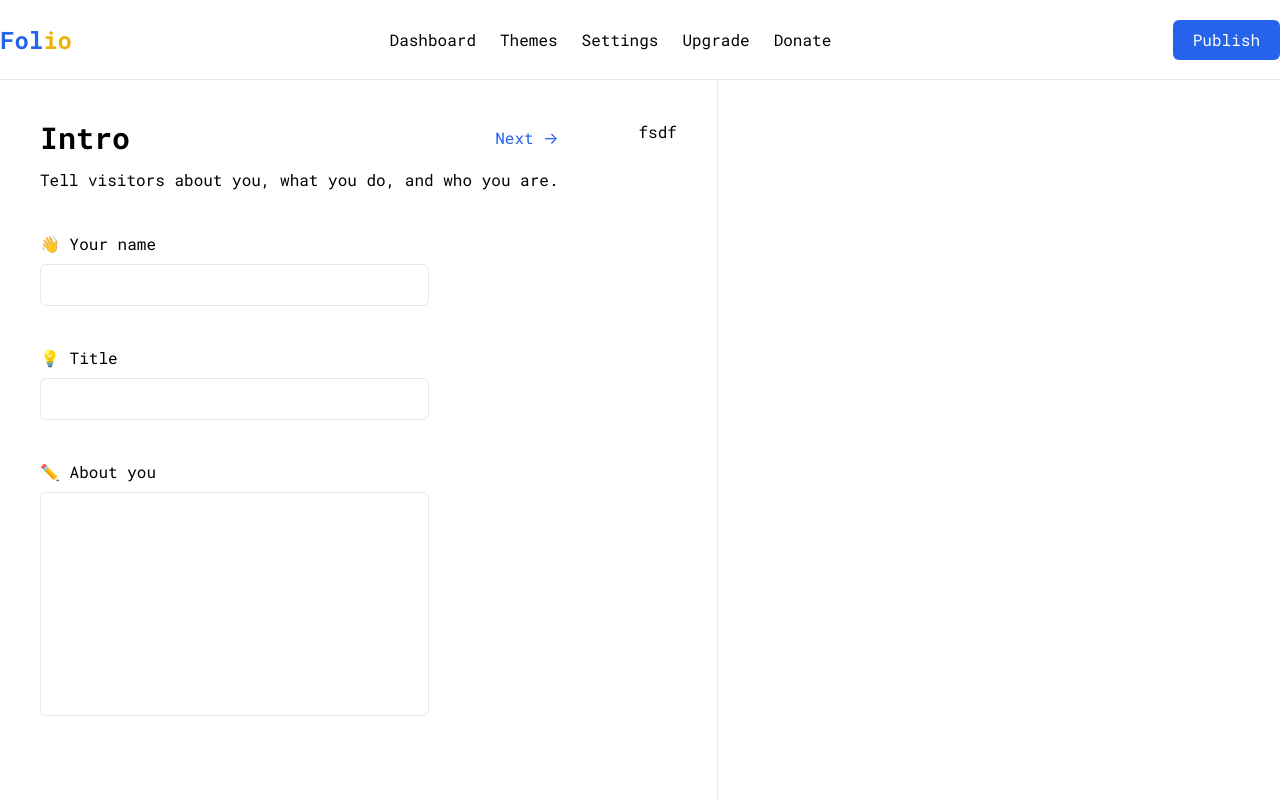
Repository: langford-dev/follio
Page: /
These files come from the project's save history. The page is drawn as it stood at one moment and after a run of saves; the edit follows.
The browser window is 1280 px wide. The pictures show the whole page.
The project was rebuilt for these pictures with package versions that can differ from the ones it lists, and the page was loaded fresh each time. The framework's server and built-in components were replaced by stand-ins that run in the browser. Also part of the build but not shown: next.config.js, components/views/skillsView.js, components/views/socialsView.js.

Above is the page before, as saved 2022-03-19 11:48:23.

### pages/_app.js
import { AppProvider } from '../context/context'
import '../styles/globals.css'

function MyApp({ Component, pageProps }) {
  return <AppProvider>
    <Component {...pageProps} />
  </AppProvider>
}

export default MyApp

### pages/index.js
import EditView from '../components/body'
import Header from '../components/header'

export default function Home() {
  return <div>
    <Header />
    <EditView />
  </div>
}

### context/context.js
import { useState } from "react"
import { createContext, useEffect } from "react"

export const AppContext = createContext()

export const AppProvider = ({ children }) => {
    const [viewCount, setViewCount] = useState(0)
    const maxViewCount = 2

    const next = () => {
        setViewCount(viewCount + 1)
        console.log('next', viewCount)
    }

    const previous = () => {
        setViewCount(viewCount - 1)
        console.log('previous', viewCount)
    }

    return <AppContext.Provider value={{
        viewCount,
        next,
        previous,
        maxViewCount
    }}>
        {children}
    </AppContext.Provider>
}

### styles/globals.css
/* @import url('https://fonts.googleapis.com/css2?family=Poppins:wght@300;400;500;600;700;800&display=swap'); */
@import url('https://fonts.googleapis.com/css2?family=Roboto+Mono:wght@100;200;300;400;500;600;700&display=swap');

@tailwind base;
@tailwind components;
@tailwind utilities;


html,
body {
  /* background: #e2e8f013; */
  padding: 0;
  margin: 0;
}

a {
  color: inherit;
  text-decoration: none;
}

* {
  box-sizing: border-box;
  font-family: "Roboto Mono", -apple-system, BlinkMacSystemFont, Segoe UI, Roboto, Oxygen,
    Ubuntu, Cantarell, Fira Sans, Droid Sans, Helvetica Neue, sans-serif;
}

### components/body.js
import { useContext } from "react"
import { AppContext } from "../context/context"
import { styles } from "../styles/styles"
import IntroView from "./views/introView"
import SkillsView from "./views/skillsView"
import SocialsView from "./views/socialsView"

const EditView = () => {
    const { viewCount } = useContext(AppContext)

    const dynamicViews = () => {
        switch (viewCount) {
            case 0:
                return <IntroView />
                break;

            case 1:
                return <SkillsView />
                break;

            case 2:
                return <SocialsView />
                break;

            default:
                break;
        }
    }

    return <div className={styles.pageView}>
        <div className={styles.flexView}>
            {dynamicViews()}
            <div className={styles.preview}>fsdf</div>
        </div>
    </div>
}

export default EditView

### components/header.js
import Link from "next/link"
import Logo from "./logo"

const styles = {
    header: `border-b h-20 bg-white fixed w-screen top-0 left-0`,
    headerWrapper: `m-auto max-w-screen-xl h-full flex items-center justify-between`,
    button: `select-none bg bg-blue-600 text-white h-10 px-5 flex items-center justify-center rounded-md cursor-pointer`,
    nav: `flex`,
    navLink: `mr-6 hover:text-blue-600 cursor-pointer`,
}

const Header = () => {
    return <header className={styles.header}>
        <div className={styles.headerWrapper}>
            <Logo />
            <nav className={styles.nav}>
                <Link passHref={true} href="/"><p className={styles.navLink}>Dashboard</p></Link>
                <Link passHref={true} href="/"><p className={styles.navLink}>Themes</p></Link>
                <Link passHref={true} href="/"><p className={styles.navLink}>Settings</p></Link>
                <Link passHref={true} href="/"><p className={styles.navLink}>Upgrade</p></Link>
                <Link passHref={true} href="/"><p className={styles.navLink}>Donate</p></Link>
            </nav>
            <div className="flex items-center">
                <div className={styles.button}>Publish</div>
            </div>
        </div>
    </header>
}

export default Header

### styles/styles.js
export const styles = {
    pageView: `m-auto max-w-screen-xl h-screen pt-20`,
    flexView: `flex h-screen`,
    editingView: `w-1/2 p-10 border-l`,
    preview: `border-l w-1/2 p-10 border-r`,
    inputContainer: `flex flex-col mt-10`,
    input: `border p-2 outline-none mt-2 w-9/12 rounded-md`,
    textArea: `border p-2 outline-none mt-2 w-9/12 rounded-md resize-none h-56`,
    label: ``,
}

### components/views/introView.js
import { styles } from "../../styles/styles"
import ViewTitle from "../viewTitle"

const IntroView = () => {
    return <div className={styles.editingView}>
        <ViewTitle title="Intro" subtitle="Tell visitors about you, what you do, and who you are." />

        <div className={styles.inputContainer}>
            <label className={styles.label}>👋 Your name</label>
            <input type="text" className={styles.input} />
        </div>
        <div className={styles.inputContainer}>
            <label className={styles.label}>💡 Title</label>
            <input type="text" className={styles.input} />
        </div>
        <div className={styles.inputContainer}>
            <label className={styles.label}>✏️ About you</label>
            <textarea type="text" className={styles.textArea} />
        </div>
    </div>
}

export default IntroView

### components/logo.js
const Logo = () => {
    return <p className="font-bold text-2xl text-blue-600">Fol<span className="text-yellow-500">io</span></p>
}

export default Logo

### components/viewTitle.js
import { useContext } from "react"
import { AppContext } from "../context/context"

const styles = {
    title: `text-3xl font-bold`,
    textButton: `text-blue-600 cursor-pointer select-none`,
    pageTitleView: `flex items-center justify-between`,
}

const ViewTitle = ({ title, subtitle }) => {
    const { previous, next, viewCount, maxViewCount } = useContext(AppContext)

    return <div>
        <div className={styles.pageTitleView}>
            <p className={styles.title}>{title}</p>
            <div className="flex">
                {
                    viewCount > 0 ? <p className={styles.textButton} onClick={() => previous()}>&larr; Previous</p> : <div></div>
                }

                {
                    viewCount < maxViewCount ? <div className="flex">
                        <div className="mx-7" />
                        <p className={styles.textButton} onClick={() => next()}>Next &rarr;</p>
                    </div> : <div></div>
                }
            </div>
        </div>
        <p className="mt-3 mb-5">{subtitle}</p>
    </div>
}

export default ViewTitle

Loaded but not shown: tailwind.config.js (common file)

After the next 3 saves:
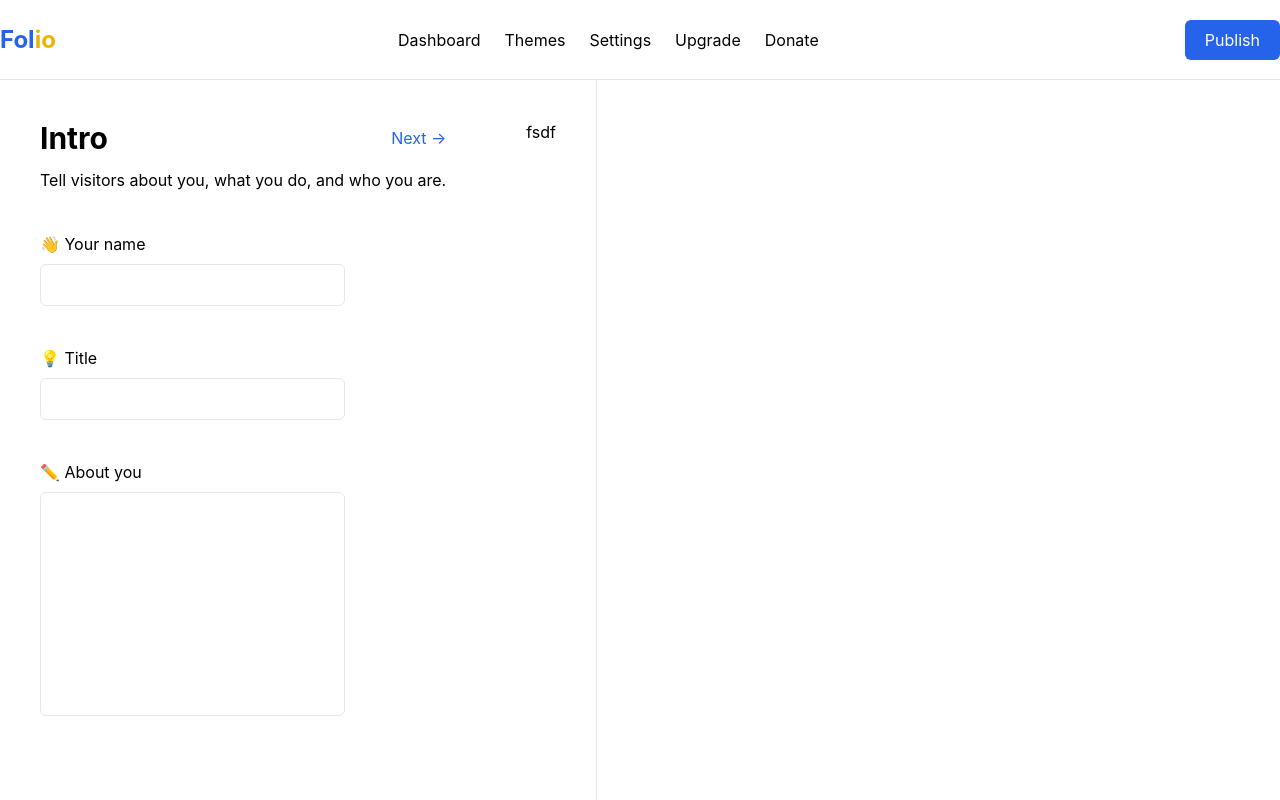
The 3 saves are shown as one change because they came seconds apart.
The last was saved 3 min 20 s later.
--- a/styles/globals.css
+++ b/styles/globals.css
@@ -1,5 +1,7 @@
 /* @import url('https://fonts.googleapis.com/css2?family=Poppins:wght@300;400;500;600;700;800&display=swap'); */
-@import url('https://fonts.googleapis.com/css2?family=Roboto+Mono:wght@100;200;300;400;500;600;700&display=swap');
+/* @import url('https://fonts.googleapis.com/css2?family=Roboto+Mono:wght@100;200;300;400;500;600;700&display=swap'); */
+
+
 
 @tailwind base;
 @tailwind components;

After the save that followed:
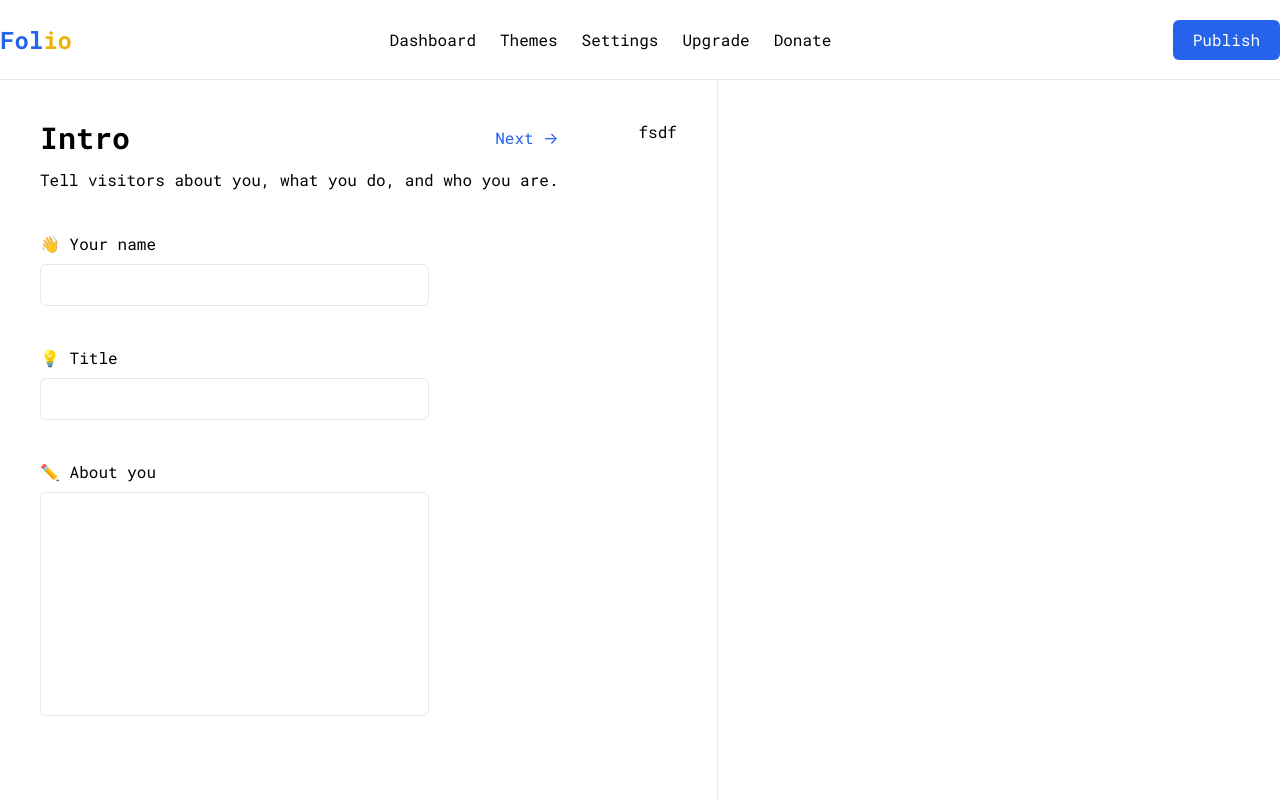
Saved 80 s later.
--- a/styles/globals.css
+++ b/styles/globals.css
@@ -1,7 +1,5 @@
 /* @import url('https://fonts.googleapis.com/css2?family=Poppins:wght@300;400;500;600;700;800&display=swap'); */
-/* @import url('https://fonts.googleapis.com/css2?family=Roboto+Mono:wght@100;200;300;400;500;600;700&display=swap'); */
-
-
+@import url('https://fonts.googleapis.com/css2?family=Roboto+Mono:wght@100;200;300;400;500;600;700&display=swap');
 
 @tailwind base;
 @tailwind components;
